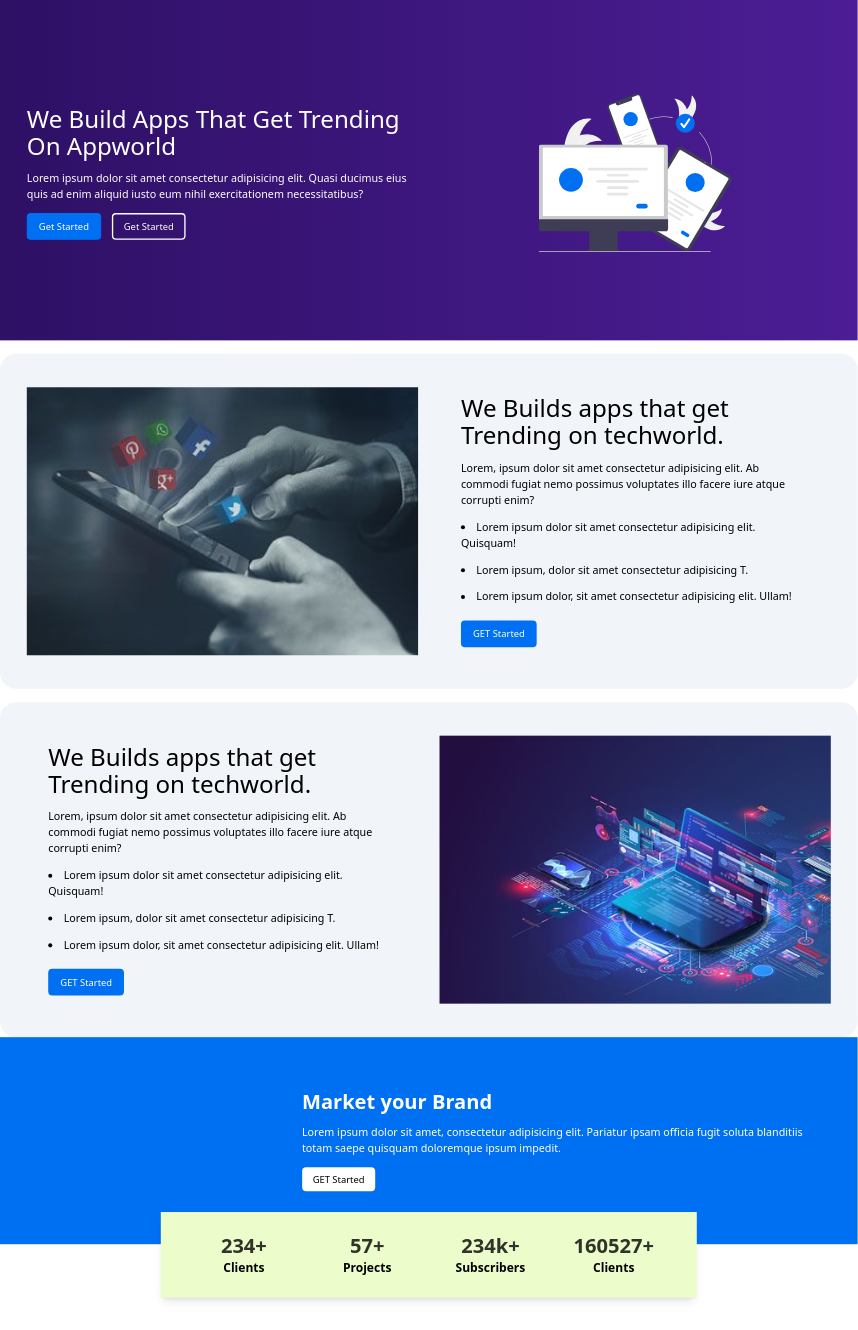
Repository: Kish202/Coz-Marketing-Site
Page: / (app in frontend/)
The author's editor kept a copy of each file at every save. The page is drawn from the files as they stood at one save, then again after a run of saves.
The browser window is 1280 px wide. The pictures show the whole page, at 67% of full size.
Pictures or frames that could not be fetched are drawn as grey boxes. The project was rebuilt for these pictures with package versions that can differ from the ones it lists, and the page was loaded fresh each time. Also part of the build but not shown: frontend/vite.config.js.

Above is the page before, as saved 2025-05-25 11:40:05.

After the next 3 saves:
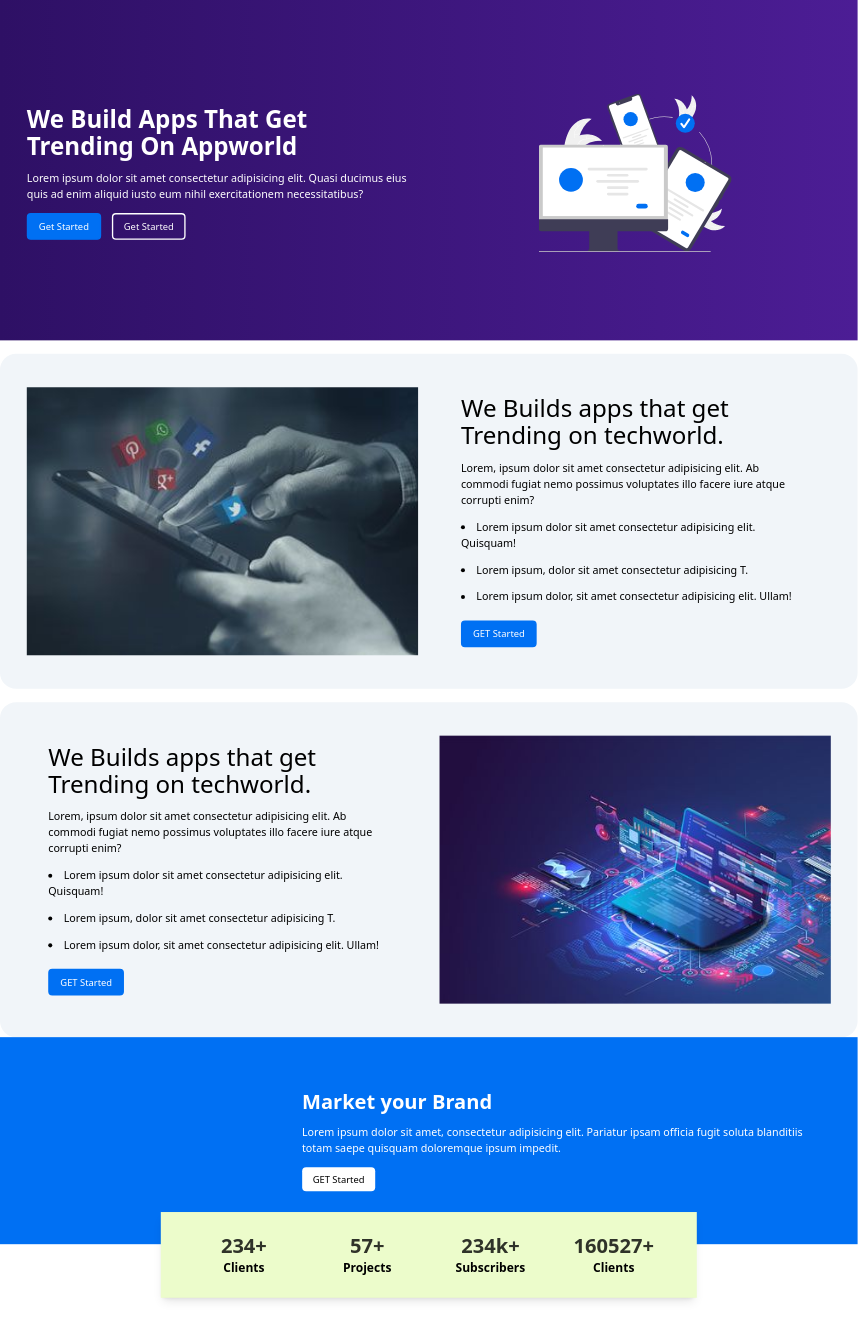
The 3 saves are shown as one change because they came seconds apart.
The last was saved 13 s later.
--- a/frontend/src/components/Hero/Hero.jsx
+++ b/frontend/src/components/Hero/Hero.jsx
@@ -87,7 +87,7 @@ const Hero = () => {
             data-aos-once="false"
             className="flex flex-col items-center gap-4 text-center text-white md:items-start md:text-left "
           >
-              <h1 className=" text-4xl ">
+              <h1 className=" text-4xl font-extrabold">
               We Build Apps That Get Trending On Appworld
             </h1>
             <p className="">
